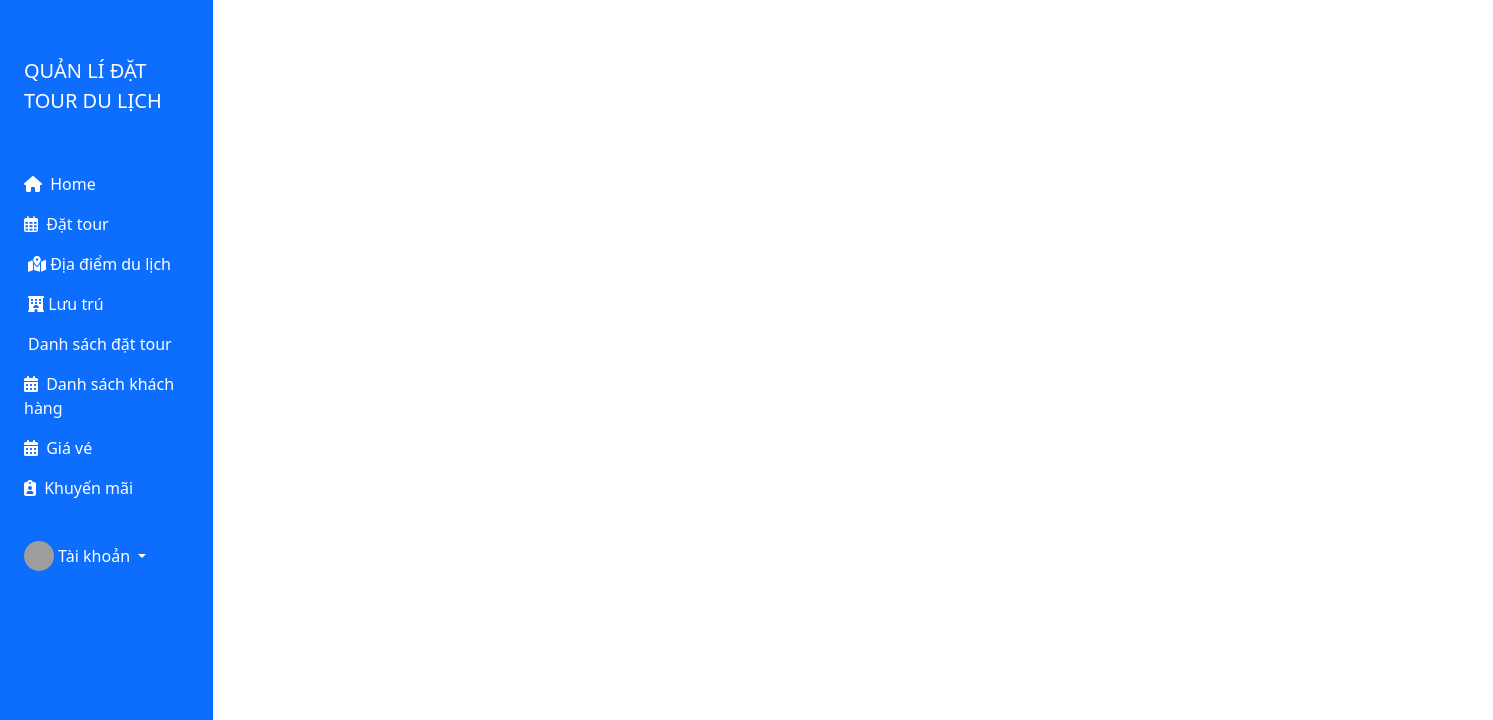
Repository: vantohuu/BOOKINGTOUR
Page: http://localhost/BOOKINGTOUR/WEB-INF/views/index.jsp
These files come from the project's save history. The page is drawn as it stood at one moment and after the next save; the edit follows.
The browser window is 1280 px wide. The page is 1493 px wide, so the pictures cover 1493 px, including what lies to the right of the window. The pictures show the whole page.
Pictures or frames that could not be fetched are drawn as grey boxes. Some web libraries are served in a nearby version. The page is served by Tomcat 9. Nobody is signed in. Other server files are loaded and not shown. The template is opened directly, without the code that normally fills it, so the values that code supplies are empty.

Above is the page before, as saved 2023-04-26 19:04:15.

### BOOKINGTOUR/src/main/webapp/WEB-INF/views/index.jsp
<%@ page language="java" contentType="text/html; charset=UTF-8"
    pageEncoding="UTF-8"%>
<!DOCTYPE html>
<html>
<head>
<meta charset="UTF-8">
 <link href="https://cdn.jsdelivr.net/npm/bootstrap@5.3.0-alpha1/dist/css/bootstrap.min.css" rel="stylesheet"
     integrity="sha384-GLhlTQ8iRABdZLl6O3oVMWSktQOp6b7In1Zl3/Jr59b6EGGoI1aFkw7cmDA6j6gD" crossorigin="anonymous">
     <script src="https://kit.fontawesome.com/ee36f81461.js" crossorigin="anonymous"></script>
<title>Insert title here</title>
</head>
<body>
	<div class="container-fluid">
		<div class="row flex-nowrap">
			<div class="col-auto col-md-3 col-xl-2 px-sm-2 px-0 bg-primary">
				<div
					class="d-flex flex-column align-items-center align-items-sm-start px-3 pt-2 text-white min-vh-100">
					<a href="/"
						class="d-flex align-items-center pb-5 pt-5 mb-md-0 me-md-auto text-white text-decoration-none">
						<span class="fs-5 d-none d-sm-inline">QUẢN LÍ ĐẶT TOUR DU
							LỊCH</span>
					</a>
					<ul
						class="nav nav-pills flex-column mb-sm-auto mb-0 align-items-center align-items-sm-start"
						id="menu">
						<li class="nav-item"><a href="home.htm"
							class="nav-link text-white align-middle px-0"> <i
								class="fa-solid fa-house"></i> <span
								class="ms-1 d-none d-sm-inline">Home</span>
						</a></li>
						<li><a href="#submenu1" data-bs-toggle="collapse"
							class="nav-link text-white px-0 align-middle">
							<i class="fa-regular fa-calendar-days"></i></i> <span
								class="ms-1 d-none d-sm-inline">Đặt tour</span>
						</a>
							<ul class="collapse show nav flex-column ms-1" id="submenu1"
								data-bs-parent="#menu">
								<li class="w-100"><a href="thevao.htm"
									class="nav-link text-white px-0"> <i class="fa-solid fa-map-location-dot"></i> <span
										class="d-none d-sm-inline">Địa điểm du lịch</span></a></li>
								<li><a href="thera.htm" class="nav-link text-white px-0">
								<i class="fa-solid fa-hotel"></i>
										<span class="d-none d-sm-inline">Lưu trú</span>
								</a></li>
								<li><a href="lichsugui.htm"
									class="nav-link text-white px-0"> <span
										class="d-none d-sm-inline">Danh sách đặt tour</span></a></li>
							</ul></li>
						<li><a href="lich.htm"
							class="nav-link text-white px-0 align-middle"> <i
								class="fa-solid fa-calendar-days"></i> <span
								class="ms-1 d-none d-sm-inline">Danh sách khách hàng</span>
						</a></li>
						<li><a href="lich.htm"
							class="nav-link text-white px-0 align-middle"> <i
								class="fa-solid fa-calendar-days"></i> <span
								class="ms-1 d-none d-sm-inline">Giá vé</span>
						</a></li>
						<li><a href="#submenu2" data-bs-toggle="collapse"
							class="nav-link text-white px-0 align-middle "> <i
								class="fa-solid fa-clipboard-user"></i> <span
								class="ms-1 d-none d-sm-inline">Khuyến mãi</span></a>







							<ul class="collapse nav flex-column ms-1" id="submenu2"
								data-bs-parent="#menu">
								<li class="w-100"><a href="doanhthu.htm"
									class="nav-link px-0"> <span class="d-none d-sm-inline">Doanh
											thu</span></a></li>
								<li><a href="nhanvien.htm" class="nav-link px-0"> <span
										class="d-none d-sm-inline">Nhân viên</span></a></li>
								<li><a href="quanlithethang.htm" class="nav-link px-0">
										<span class="d-none d-sm-inline">Nhân viên</span>
								</a></li>
								<li><a href="quanlilich.htm" class="nav-link px-0"> <span
										class="d-none d-sm-inline">Lịch</span></a></li>

								<li><a href="chucvu.htm" class="nav-link px-0"> <span
										class="d-none d-sm-inline">Chức vụ</span></a></li>
								<li><a href="quanlitaikhoan.htm" class="nav-link px-0">
										<span class="d-none d-sm-inline">Tài khoản</span>
								</a></li>
								<li><a href="bangluong.htm" class="nav-link px-0"> <span
										class="d-none d-sm-inline">Bảng lương</span></a></li>

								<li><a href="chinhsuaphi.htm" class="nav-link px-0"> <span
										class="d-none d-sm-inline">Phí gửi xe</span></a></li>

							</ul></li>

						<hr>

						<div class="dropdown pb-4">
							<a href="#"
								class="d-flex align-items-center text-white text-decoration-none dropdown-toggle"
								id="dropdownUser1" data-bs-toggle="dropdown"
								aria-expanded="false"> <img src="https://github.com/mdo.png"
								alt="hugenerd" width="30" height="30" class="rounded-circle">
								<span class="d-none d-sm-inline mx-1">Tài khoản</span>
							</a>
							<ul class="dropdown-menu dropdown-menu-dark text-small shadow">

								<li><a class="dropdown-item" href="nhanvien-thongtin.htm">Chỉnh
										sửa thông tin cá nhân</a></li>
								<li><a class="dropdown-item" href="doimatkhau.htm">Đổi
										mật khẩu</a></li>
								<li>
									<hr class="dropdown-divider">
								</li>
								<li><a class="dropdown-item" href="logout.htm">Đăng
										xuất</a></li>
							</ul>
						</div>
				</div>
			</div>
			<div class="" col py-3 d-flex justify-content-centeralign-items-center"">

			</div>
		</div>
	</div>
	<script src="https://cdn.jsdelivr.net/npm/bootstrap@5.3.0-alpha1/dist/js/bootstrap.bundle.min.js" integrity="sha384-w76AqPfDkMBDXo30jS1Sgez6pr3x5MlQ1ZAGC+nuZB+EYdgRZgiwxhTBTkF7CXvN" crossorigin="anonymous"></script>
</body>
</html>

After the next save:
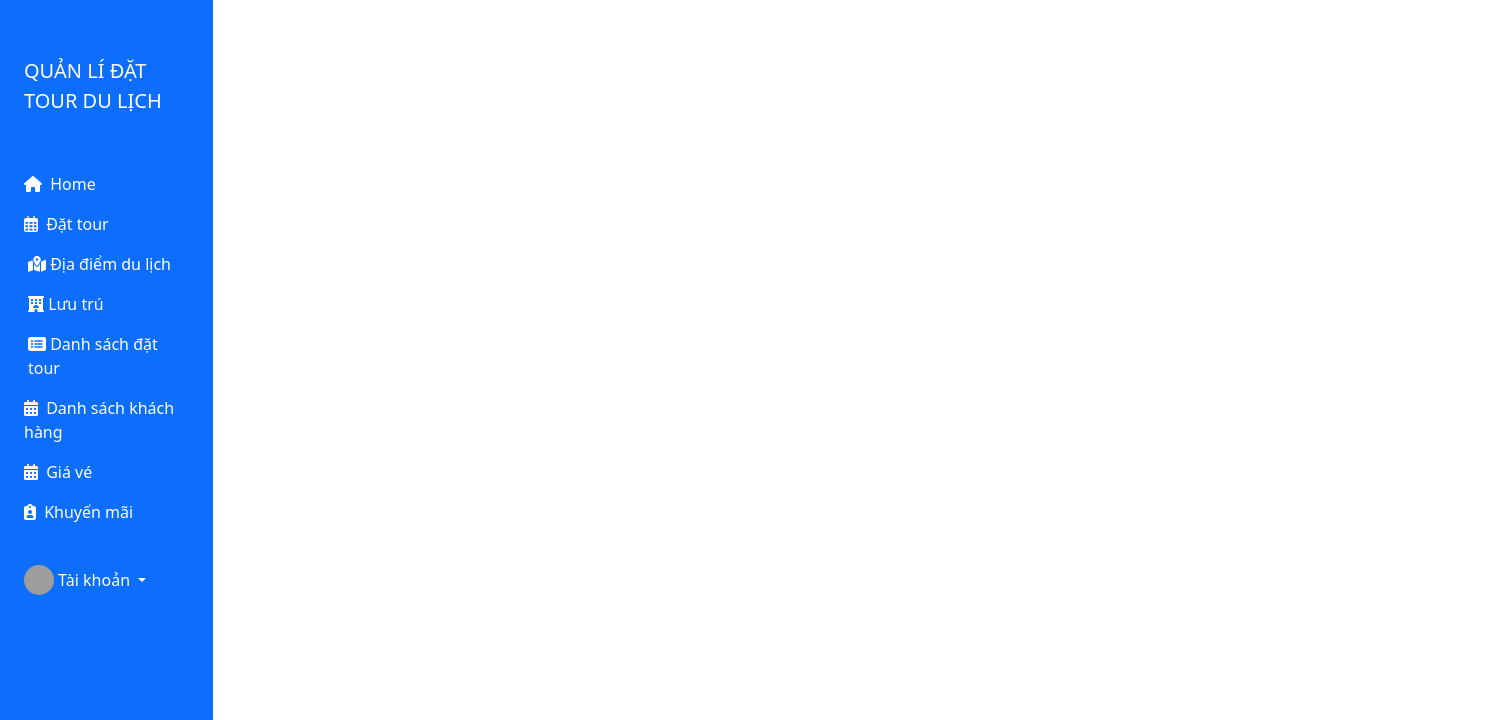
Saved 60 s later.
--- a/BOOKINGTOUR/src/main/webapp/WEB-INF/views/index.jsp
+++ b/BOOKINGTOUR/src/main/webapp/WEB-INF/views/index.jsp
@@ -43,7 +43,8 @@
 										<span class="d-none d-sm-inline">Lưu trú</span>
 								</a></li>
 								<li><a href="lichsugui.htm"
-									class="nav-link text-white px-0"> <span
+									class="nav-link text-white px-0">
+									<i class="fa-solid fa-rectangle-list"></i> <span
 										class="d-none d-sm-inline">Danh sách đặt tour</span></a></li>
 							</ul></li>
 						<li><a href="lich.htm"
